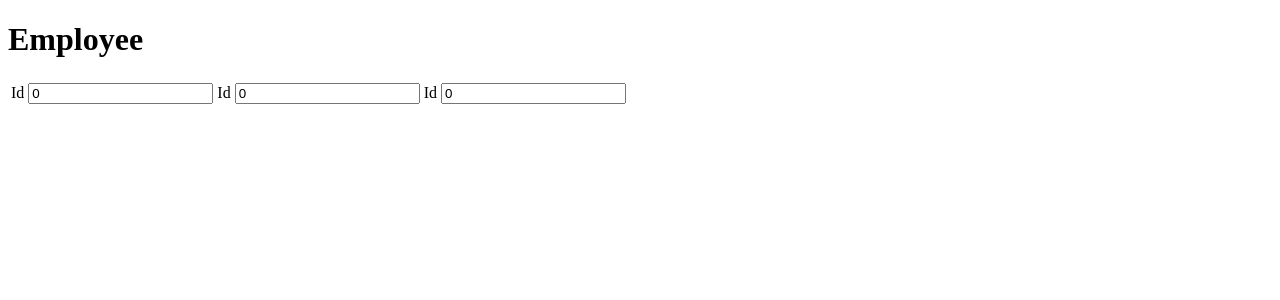
Repository: kubon9xhd/SpringMVC
Page: http://localhost/spring-excercise-6/insert
The author's editor kept a copy of each file at every save. The page is drawn from the files as they stood at one save, then again after the next save.
The browser window is 1280 px wide. The pictures show the whole page.
The page is served by Tomcat 9.

Above is the page before, as saved 2021-06-06 15:10:34.

After the next save:
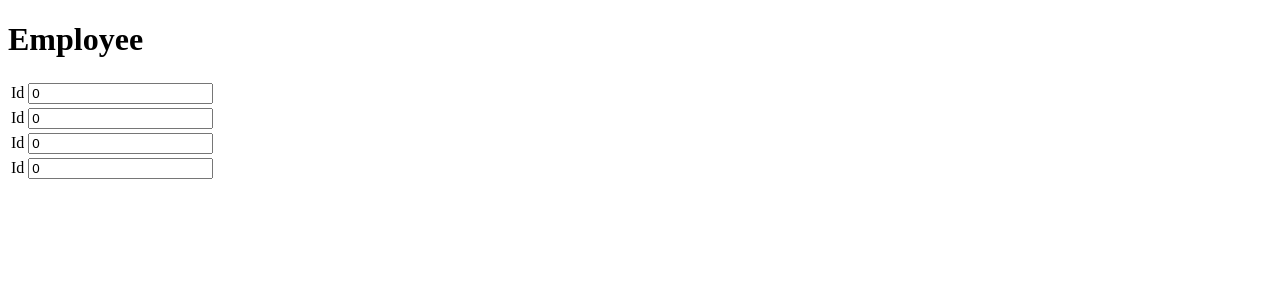
Saved 15 s later.
--- a/spring-excercise-6/src/main/webapp/WEB-INF/views/employee/insert.jsp
+++ b/spring-excercise-6/src/main/webapp/WEB-INF/views/employee/insert.jsp
@@ -14,8 +14,16 @@
 			<tr>
 				<td><form:label path="id">Id</form:label></td>
 				<td><form:input path="id" /></td>
+			</tr>
+			<tr>
 				<td><form:label path="id">Id</form:label></td>
 				<td><form:input path="id" /></td>
+			</tr>
+			<tr>
+				<td><form:label path="id">Id</form:label></td>
+				<td><form:input path="id" /></td>
+			</tr>
+			<tr>
 				<td><form:label path="id">Id</form:label></td>
 				<td><form:input path="id" /></td>
 			</tr>
